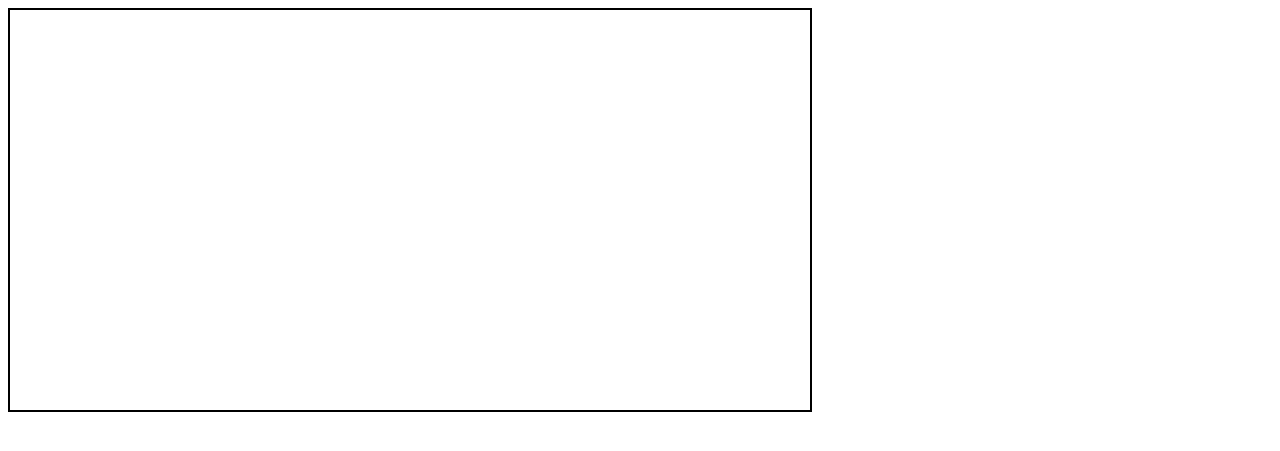
Repository: dmpelaez/photoBoothy
Page: Photobooth.html
These files come from the project's save history. The page is drawn as it stood at one moment and after the next save; the edit follows.
The browser window is 1280 px wide. The pictures show the whole page.

Above is the page before, as saved 2025-12-16 11:21:47.

After the next save:
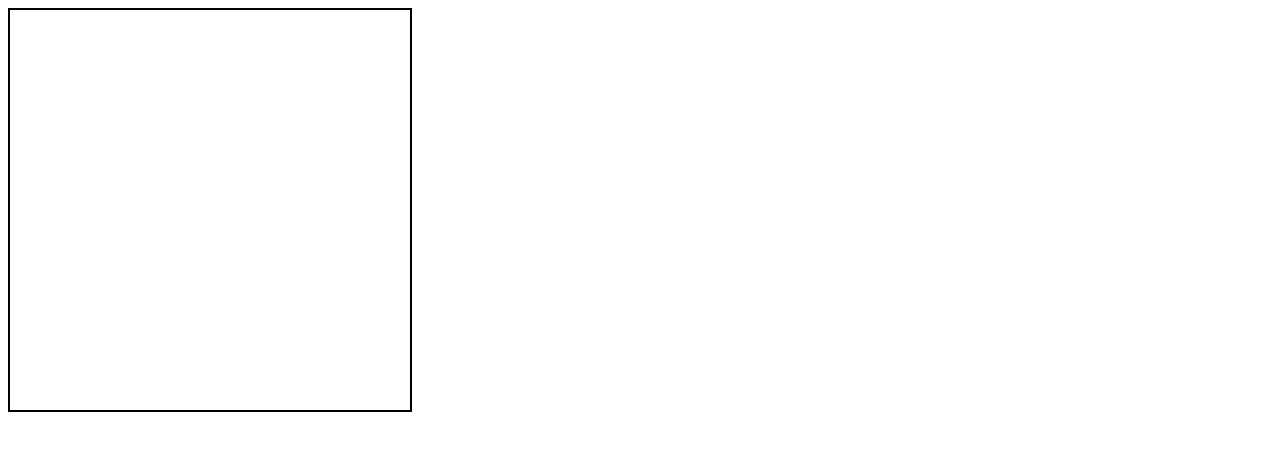
Saved 4 s later.
--- a/Photobooth.css
+++ b/Photobooth.css
@@ -1,4 +1,5 @@
 #video {
   border: 2px solid black;
   height: 400px;
+  width: 400px;
 }
